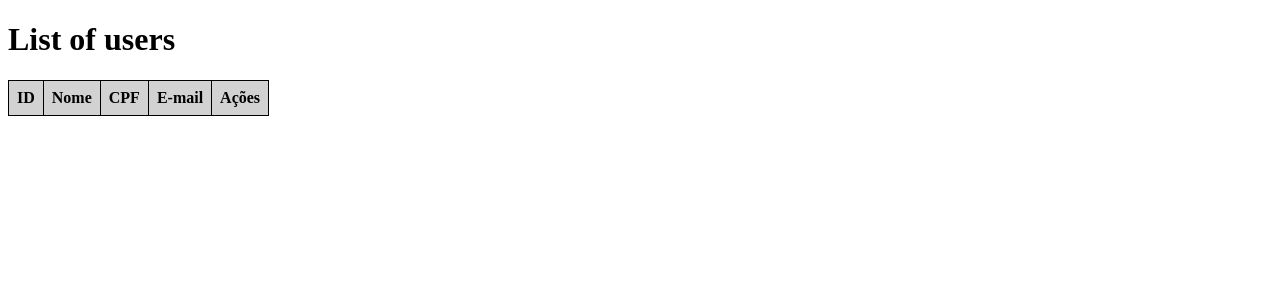
Repository: marcelsmelo/Aula-JSP
Page: http://localhost/CRUD-JSP/ListarUsuarios
The author's editor kept a copy of each file at every save. The page is drawn from the files as they stood at one save, then again after the next save.
The browser window is 1280 px wide. The pictures show the whole page.
The page is served by Tomcat 9. Other server files are loaded and not shown. Queries for data that is not in the repository find no rows.

Above is the page before, as saved 2016-06-14 18:07:13.

### CRUD-JSP/WebContent/indexCrud.jsp
<%@page import="br.marcel.melo.crud.User"%>
<%@page import="java.util.ArrayList"%>

<%@ page language="java" contentType="text/html; charset=UTF-8"
    pageEncoding="UTF-8"%>



<!DOCTYPE html>
<html>
	<head>
		<meta http-equiv="Content-Type" content="text/html; charset=UTF-8">
		<title>CRUD Users</title>
		<link type="text/css" href="estilos.css" rel="stylesheet">
	</head>
	<body>
		<h1>List of users</h1>

		<table>
			<thead>
				<tr>
					<th>ID</th>
					<th>Nome</th>
					<th>CPF</th>
					<th>E-mail</th>
					<th colspan="2">Ações</th>
				</tr>
			</thead>
			<tbody>


		<%
			ArrayList<User> usuarios = (ArrayList<User>)request.getAttribute("usuarios");
			for(User user : usuarios){
		%>
				<tr>
					<th><%= user.getId()%></th>
					<th><%= user.getName()%></th>
					<th><%= user.getCpf()%></th>
					<th><%= user.getEmail()%></th>
					<th><a href=<%= "EditarUsuario?id="+user.getId()%>>Editar</a></th>
					<th><a href=<%= "RemoverUsuario?id="+user.getId()%>>Deletar</a></th>
				</tr>

		<%
			}
		%>
		</tbody>
		</table>

	</body>
</html>

### CRUD-JSP/src/br/marcel/melo/servlets/ListarUsuariosServlet.java
package br.marcel.melo.servlets;

import java.io.IOException;
import javax.servlet.ServletException;
import javax.servlet.annotation.WebServlet;
import javax.servlet.http.HttpServlet;
import javax.servlet.http.HttpServletRequest;
import javax.servlet.http.HttpServletResponse;

import br.marcel.melo.crud.UserDAO;

/**
 * Servlet implementation class ListarUsuariosServlet
 */
@WebServlet("/ListarUsuarios")
public class ListarUsuariosServlet extends HttpServlet {
	private static final long serialVersionUID = 1L;

    public ListarUsuariosServlet() {
        super();
    }


	protected void doGet(HttpServletRequest request, HttpServletResponse response) throws ServletException, IOException {
		UserDAO userDao = new UserDAO();
		request.setAttribute("usuarios", userDao.getAllUsers());
		request.getRequestDispatcher("/indexCrud.jsp").forward(request, response);
	}


	protected void doPost(HttpServletRequest request, HttpServletResponse response) throws ServletException, IOException {
		doGet(request,response);
	}

}

### CRUD-JSP/src/br/marcel/melo/crud/UserDAO.java
package br.marcel.melo.crud;

import java.sql.Connection;
import java.sql.ResultSet;
import java.sql.SQLException;
import java.sql.Statement;
import java.util.ArrayList;
import java.sql.PreparedStatement;

public class UserDAO {


	public ArrayList<User> getAllUsers(){
		Connection con = ConexaoMySQL.getConexaoMySQL();
		ArrayList<User> users = new ArrayList<User>();

		String sql = "SELECT id, nome, cpf, email FROM users";
		try {

			Statement stmt = con.createStatement();
			ResultSet rs = stmt.executeQuery(sql);

			while(rs.next()){
				User user = new User();
				user.setId(rs.getInt("id"));
				user.setName(rs.getString("nome"));
				user.setCpf(rs.getString("cpf"));
				user.setEmail(rs.getString("email"));

				users.add(user);
			}


		} catch (SQLException e) {
			e.printStackTrace();
		}

		ConexaoMySQL.fecharConexao();
		return users;
	}

	public User getUser(int id){
		Connection con = ConexaoMySQL.getConexaoMySQL();
		User user = new User();

		String sql = "SELECT id, nome, cpf, email FROM users WHERE id=?";
		try {

			PreparedStatement ps = con.prepareStatement(sql);

			ps.setInt(1, id);

			ResultSet rs = ps.executeQuery();

			rs.next();

			user.setId(rs.getInt("id"));
			user.setName(rs.getString("nome"));
			user.setCpf(rs.getString("cpf"));
			user.setEmail(rs.getString("email"));


		} catch (SQLException e) {
			e.printStackTrace();
		}

		ConexaoMySQL.fecharConexao();
		return user;
	}

	public boolean updateUser(User usuario){
		Connection con = ConexaoMySQL.getConexaoMySQL();

		String sql = "UPDATE users SET nome=?, cpf=?, email=? WHERE id=?";

		try {

			PreparedStatement ps = con.prepareStatement(sql);

			ps.setString(1, usuario.getName());
			ps.setString(2, usuario.getCpf());
			ps.setString(3, usuario.getEmail());
			ps.setInt(4, usuario.getId());

			ps.executeUpdate();
			ConexaoMySQL.fecharConexao();
			return true;

		} catch (SQLException e) {
			e.printStackTrace();
			ConexaoMySQL.fecharConexao();
			return false;
		}
	}

	public boolean saveUser(User usuario){
		Connection con = ConexaoMySQL.getConexaoMySQL();

		String sql = "INSERT INTO Default.users (nome, cpf, email) VALUES(?, ?, ?)";

		try {

			PreparedStatement ps = con.prepareStatement(sql);

			ps.setString(1, usuario.getName());
			ps.setString(2, usuario.getCpf());
			ps.setString(3, usuario.getEmail());

			ps.executeUpdate();
			ConexaoMySQL.fecharConexao();
			return true;

		} catch (SQLException e) {
			e.printStackTrace();
			ConexaoMySQL.fecharConexao();
			return false;
		}
	}

	public boolean deleteUser(int id){
		Connection con = ConexaoMySQL.getConexaoMySQL();

		String sql = "DELETE FROM users WHERE id = ?";

		try {

			PreparedStatement ps = con.prepareStatement(sql);
			ps.setInt(1, id);

			ConexaoMySQL.fecharConexao();
			return ps.execute();

		} catch (SQLException e) {
			e.printStackTrace();
			ConexaoMySQL.fecharConexao();
			return false;
		}
	}

}

### CRUD-JSP/src/br/marcel/melo/crud/ConexaoMySQL.java
package br.marcel.melo.crud;

import java.sql.Connection;
import java.sql.DriverManager;
import java.sql.SQLException;

public class ConexaoMySQL {

	public static Connection getConexaoMySQL(){
		Connection connection = null;

		String driverName = "com.mysql.jdbc.Driver";

		try {
			Class.forName(driverName);

			// Configurando a nossa conexão com um banco de dados//
	        String serverName = "localhost";    //caminho do servidor do BD
	        String mydatabase ="Default";        //nome do seu banco de dados
	        String url = "jdbc:mysql://" + serverName + "/" + mydatabase;
	        String username = "root";        //nome de um usuário de seu BD
	        String password = "root";      //sua senha de acesso

	        connection = DriverManager.getConnection(url, username, password);


//	        //Testa sua conexão//
//	        if (connection != null) {
//	            System.out.println("STATUS--->Conectado com sucesso!");
//	        } else {
//	        	System.out.println("STATUS--->Não foi possivel realizar conexão");
//	        }

	        return connection;

		} catch (ClassNotFoundException | SQLException e) {
			e.printStackTrace();
			return null;
		}
	}

	public static boolean fecharConexao(){
		try {
			ConexaoMySQL.getConexaoMySQL().close();
			return true;
		} catch (SQLException e) {
			e.printStackTrace();
			return false;
		}
	}

	//Método que reinicia sua conexão//
    public static Connection reiniciarConexao() {
    	ConexaoMySQL.fecharConexao();
        return ConexaoMySQL.getConexaoMySQL();

    }

}

### CRUD-JSP/WebContent/estilos.css
td, th{
	border: 1px solid black;
	padding: 8px;
	text-align: center;

}

table{
	border-collapse: collapse;
}

thead tr{
	background-color: #d2d2d2;
}

tbody tr:nth-child(even){
  background-color: #d2d2d1;
}

tbody tr:nth-child(odd){
  background-color: #FFF;
}

tbody tr:hover{
  background-color: #202020;
  color: #FFF;
}

After the next save:
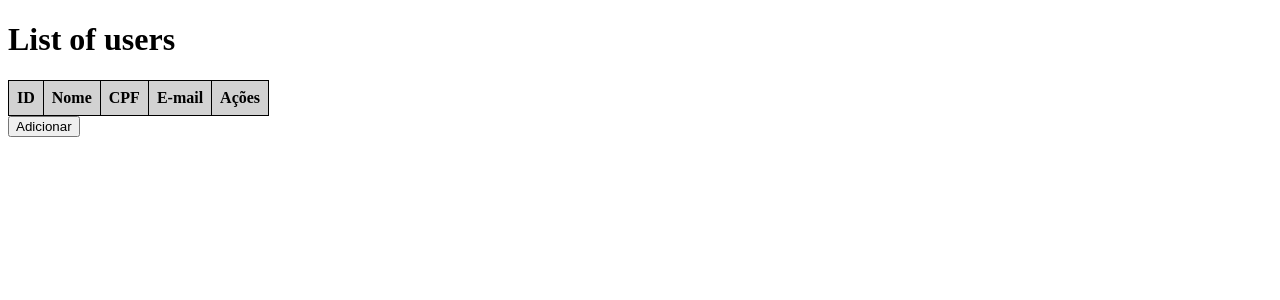
Saved 110 s later.
--- a/CRUD-JSP/WebContent/indexCrud.jsp
+++ b/CRUD-JSP/WebContent/indexCrud.jsp
@@ -48,5 +48,7 @@
 		</tbody>
 		</table>
 
+		<a href="NovoUsuario"><button>Adicionar</button></a>
+
 	</body>
 </html>
